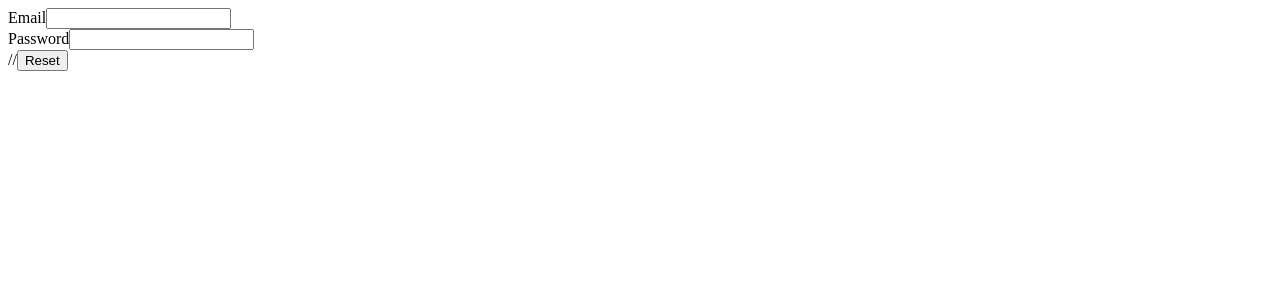
Repository: laxmichauhan/Student-Data-Insertion
Page: Application1/WebContent/login.html
The author's editor kept a copy of each file at every save. The page is drawn from the files as they stood at one save, then again after the next save.
The browser window is 1280 px wide. The pictures show the whole page.

Above is the page before, as saved 2019-02-19 06:04:55.

After the next save:
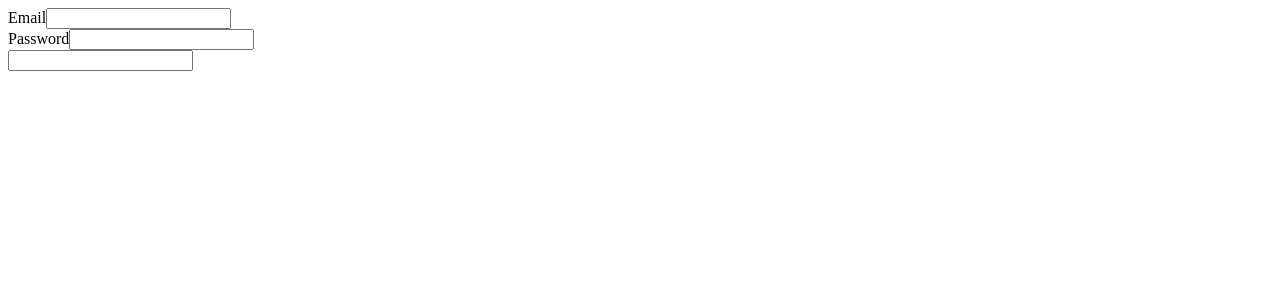
Saved 22 s later.
--- a/Application1/WebContent/login.html
+++ b/Application1/WebContent/login.html
@@ -8,7 +8,8 @@
 <form action="Verify" method="post">
 Email<input type="text" name="email"/><br>
 Password<input type="password" name="password"/><br>
-//<input type="Reset" name="reset"/>
+<input type="Login" name="login"/><br>
+
 
 </form>
 </body>
